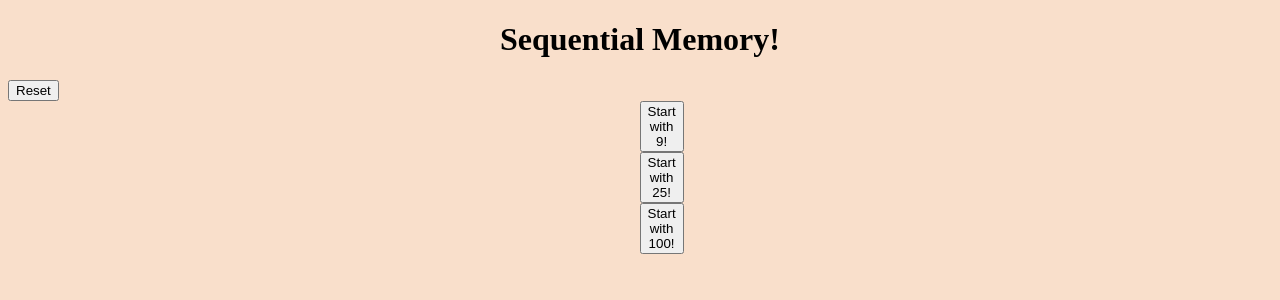
Repository: HyveMynd/htdocs
Page: PS1/MemoryNumbers.html
An editor plug-in stored every save of this project. The page is shown before and after the next save, followed by the edit.
The browser window is 1280 px wide. The pictures show the whole page.
Some web libraries are served in a nearby version.

Above is the page before, as saved 2013-01-22 04:24:21.

### PS1/MemoryNumbers.html
<!DOCTYPE html PUBLIC "-//W3C//DTD HTML 4.01 Transitional//EN" "http://www.w3.org/TR/html4/loose.dtd">
<html>
<head>
<meta http-equiv="Content-Type" content="text/html; charset=UTF-8">
<link rel="stylesheet" href="MemoryStyle.css" type="text/css" />
<script type="text/javascript" src="https://ajax.googleapis.com/ajax/libs/jquery/1.7.1/jquery.min.js"></script>
<script src="memory.js" type="text/javascript" ></script>
<title>Number Memory</title>
</head>
<body>
<h1>Sequential Memory!</h1>
<input id=reset type=button onclick=window.location.reload() value=Reset />
<div class=gameboard ></div>
<div class=select>
	<button id=num3 onclick="displayBoard(3)">Start with 9!</button>
	<button id=num5 onclick="displayBoard(5)">Start with 25!</button>
	<button id=num10 onclick="displayBoard(10)">Start with 100!</button>
</div>
</body>
</html>

### PS1/MemoryStyle.css
@CHARSET "UTF-8";
body { background-color:#f9dfcb; }
h1 { text-align:center; color:black }
table {
	text-align:center;
	color:black;
	border: 5px solid black;
	border-collapse:collapse;
	margin:auto;
	font-size:50px;
}
tr { border: 5px solid black; height: 100px; width: 100px; }
td { border: 5px solid black; height: 100px; width: 100px; }
p {text-align:center; font-size:30px}
.gameboard input {
	height:90px;
	width:90px;
	background-color:#faaaab;
	font-size:30px;
	color:#faaaab;
}
.select {
	width:1px;
	margin-left:auto;
	margin-right:auto;
}

### PS1/memory.js
var current = 0;
var numbers = new Array();
var rowsColumns;

function displayNumber(button){
	//show number in black
	$(button).css({color:"#000000"});
	var selected = $(button).val();
	//if the number is sequential, do not fade
	if (selected == current+1){
		current++;
	}
	//else reset the numbers to be invisible
	else{
		window.setTimeout(function () {showbutton();}, 500);
		current=0;
	}
	//check for game completion
	if(current == rowsColumns*rowsColumns){
		gameComplete();
	}
}

function showbutton(){
	//reset all the numbers back to blank
	$(".gameboard input").css({color:"#faaaab"});
}

function mouseDown(e){
	displayNumber();
}

function displayBoard(num){
	rowsColumns = num;
	for (var i = 0; i < num*num; i++){
		numbers[i] = i+1;
	}

	//add the buttons to the gameboard
	var board = "<table>";
	for (var r = 0; r < num; r++){
		var row = "<tr>";
		for (var c = 0; c < num; c++){
			var key = Math.floor(Math.random() * numbers.length-1);
			var number = numbers.splice(key, 1);
			//randomly select array numbers
			row += "<td><input type=button value="+number+" /></td>";
		}
		row += "</tr>";
		board += row;
	}
	board += "</table>";
	$(".gameboard").append(board);
	$("#twentyfive").hide();

	//tie gameboard buttons
	$(".gameboard input").click(function () { play(this); });
}

function play(button){
	//get the row and column of the button
	var td = $(button).parent();
	var col = td.parent().children().index(td);
	var row = td.parent().parent().children().index(td.parent());

	//toggle the number to display
	toggle(row, col);
}

function toggle (r,c){
	var button = $(".gameboard input").get(r*rowsColumns+c);
	displayNumber(button);
}

function gameComplete(){
	window.alert("Congratulations! You have won!");
}

After the next save:
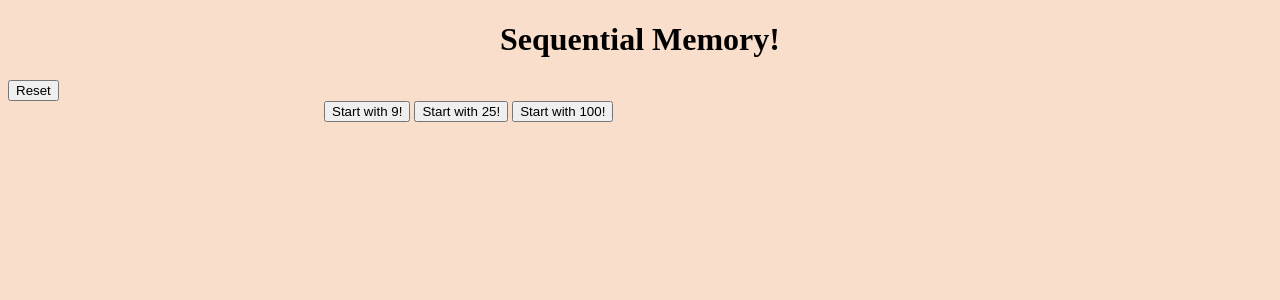
Saved 103 s later.
--- a/PS1/MemoryStyle.css
+++ b/PS1/MemoryStyle.css
@@ -20,7 +20,6 @@ p {text-align:center; font-size:30px}
 	color:#faaaab;
 }
 .select {
-	width:1px;
-	margin-left:auto;
-	margin-right:auto;
+	margin-left:25%;
+	margin-right:25%;
 }
